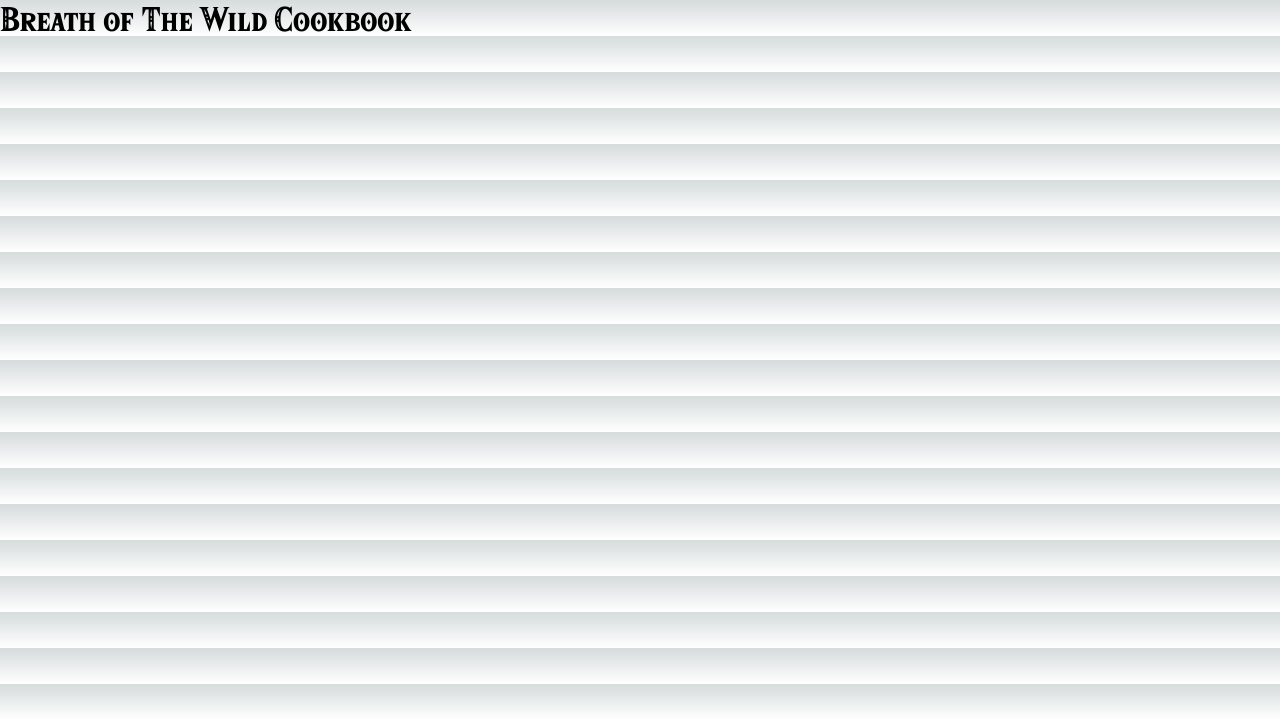
Repository: YanceMcFinn/Breath-of-The-Wild-Cookbook
Page: /
An editor plug-in stored every save of this project. The page is shown before and after the next save, followed by the edit.
The browser window is 1280 px wide. The pictures show the whole page.
The page's requests for data from a server got no answer. The project was rebuilt for these pictures with package versions that can differ from the ones it lists, and the page was loaded fresh each time. The framework's server and built-in components were replaced by stand-ins that run in the browser. No one was signed in, and anything a server would have sent is missing. Also part of the build but not shown: next.config.js, src/app/components/Card.tsx.

Above is the page before, as saved 2023-08-16 13:32:05.

After the next save:
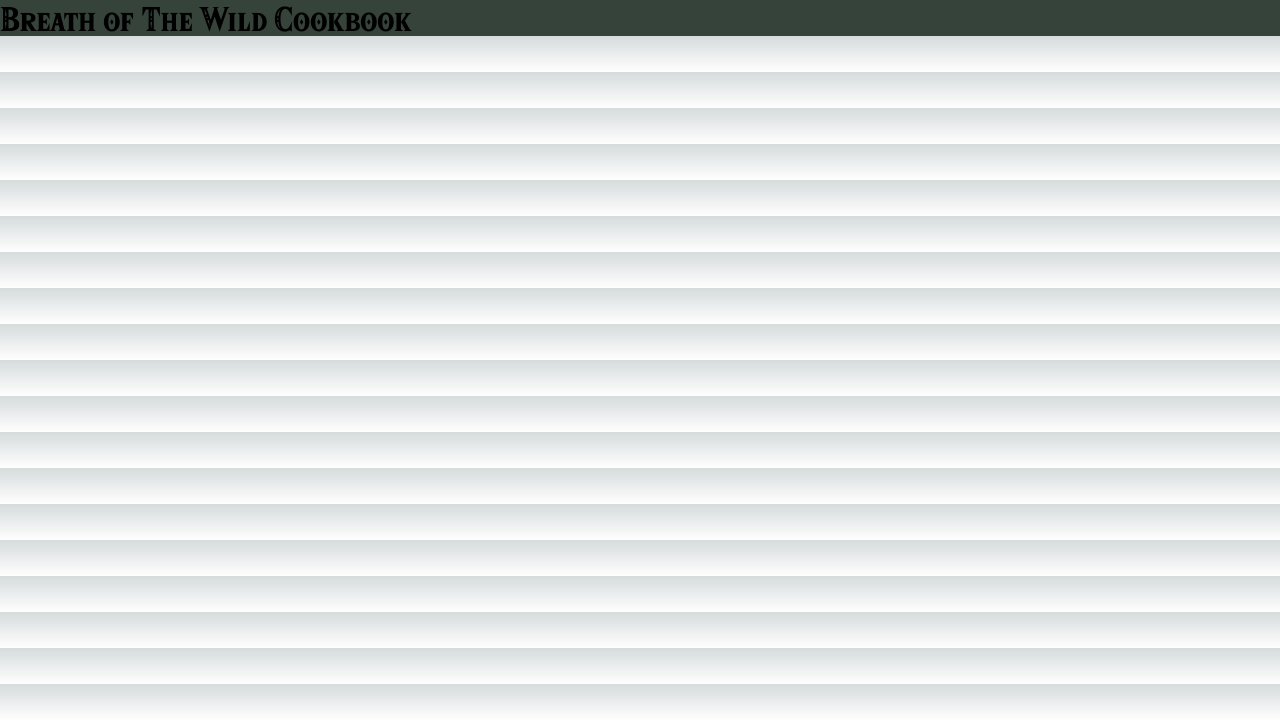
Saved 114 s later.
--- a/src/app/page.tsx
+++ b/src/app/page.tsx
@@ -19,7 +19,7 @@
     loadMaterials()},[]);
 
   return (
-    <main className='sheikahBG'>
+    <main className='bg-sheikah-slate-bg'>
       <div>
         <h1 className='hyliaFont text-3xl sheikah-slate-blue'>Breath of The Wild Cookbook</h1>
       </div>
